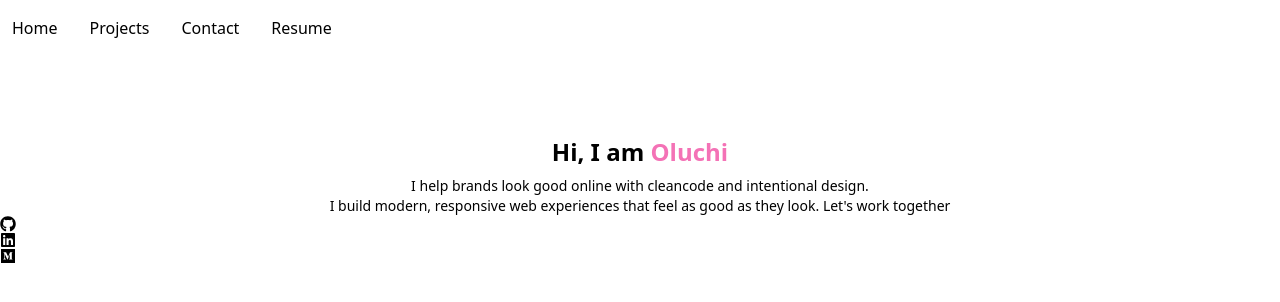
Repository: ooluchi/portfolio_
Page: / (app in my-react-app/)
An editor plug-in stored every save of this project. The page is shown before and after the next save, followed by the edit.
The browser window is 1280 px wide. The pictures show the whole page.
The project was rebuilt for these pictures with package versions that can differ from the ones it lists, and the page was loaded fresh each time. Also part of the build but not shown: my-react-app/vite.config.ts.

Above is the page before, as saved 2025-11-20 11:57:55.

After the next save:
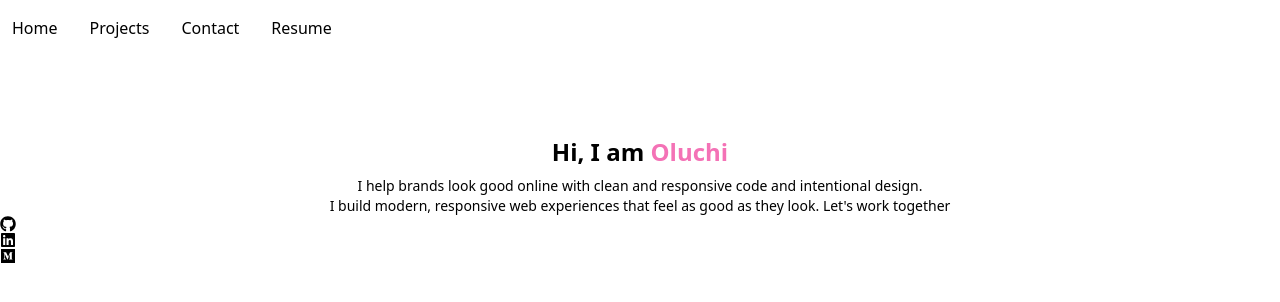
Saved 6 s later.
--- a/my-react-app/src/components/Home.tsx
+++ b/my-react-app/src/components/Home.tsx
@@ -10,7 +10,7 @@ export default function Home() {
       <div className="text-center ">
         <h1 className="font-semibold mt-20 text-2xl">Hi, I am <span className="text-pink-400">Oluchi</span></h1>
         <div className="mt-2 text-sm">
-          <p>I help brands look good online with cleancode and intentional design.</p>
+          <p>I help brands look good online with clean and responsive code and intentional design.</p>
         <p>I build modern, responsive web experiences that feel as good as they look. Let's work together</p>
         </div>
 
